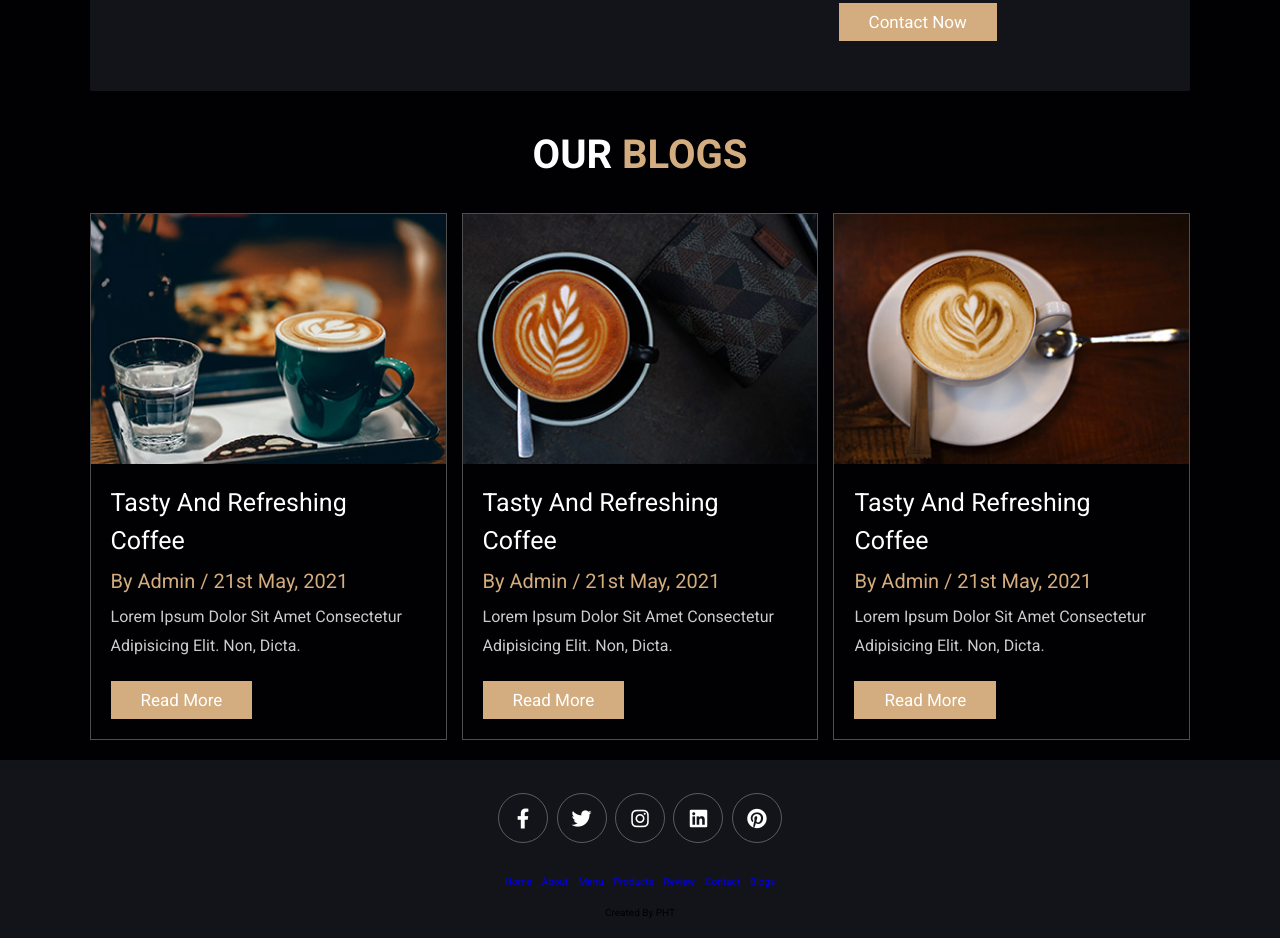
Repository: phamtrunghptn-dev/coffee-shop
Page: index.html
An editor plug-in stored every save of this project. The page is shown before and after the next save, followed by the edit.
The browser window is 1280 px wide. The pictures show the part of the page from y = 3698 to 4650 px (the page is 4636 px tall before and 4650 px after).
Pictures or frames that could not be fetched are drawn as grey boxes. A picture or video elsewhere on the page could not be fetched, so the positions and the page height are approximate. Some web libraries are served in a nearby version.

Above is the page before, as saved 2022-06-26 22:19:39.

After the next save:
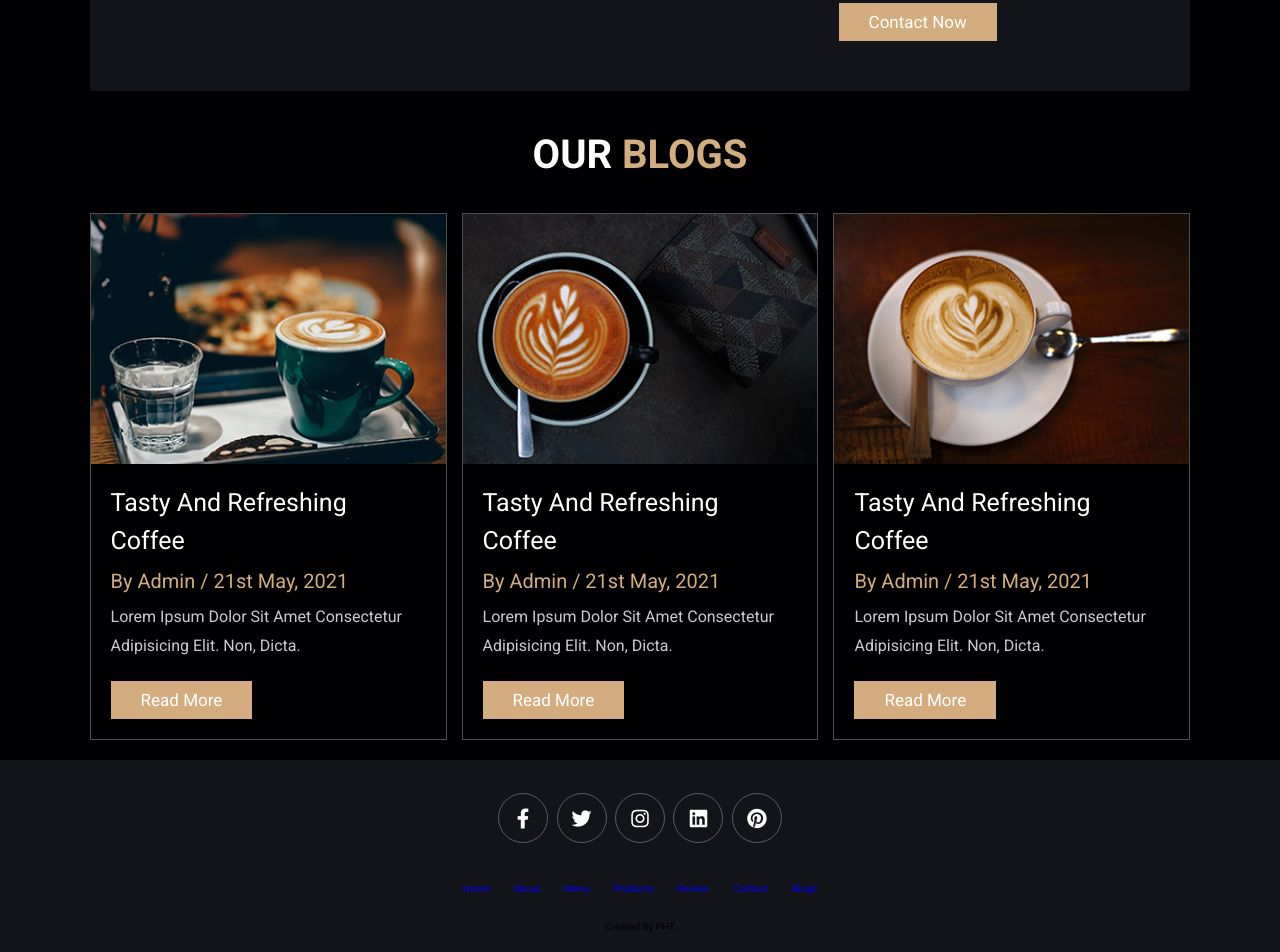
Saved 4 s later.
--- a/css/style.css
+++ b/css/style.css
@@ -544,7 +544,7 @@ section{
 }
 
 .footer .links a{
-    padding:
+    padding: 0.7rem
 }
 
 
